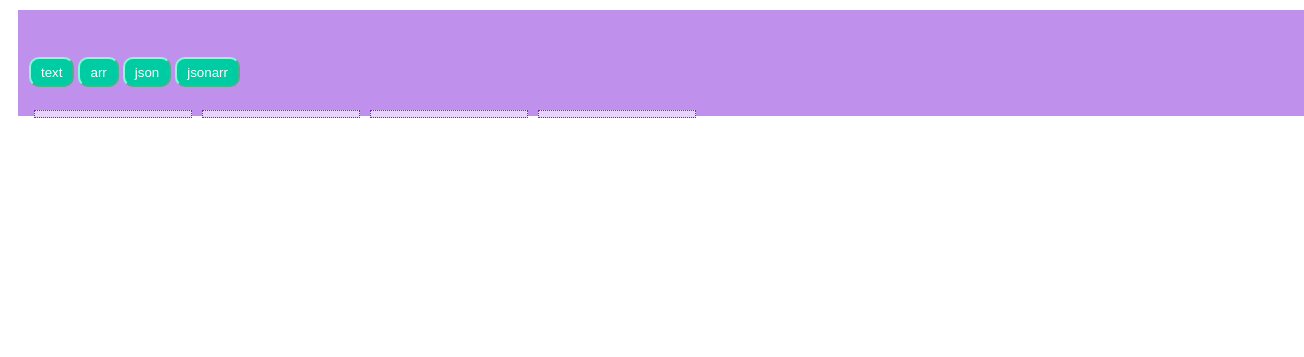
Repository: jinsoo115/jquery
Page: jqpro/WebContent/0202/dataType.html
The author's editor kept a copy of each file at every save. The page is drawn from the files as they stood at one save, then again after the next save.
The browser window is 1280 px wide. The page is 1304 px wide, so the pictures cover 1304 px, including what lies to the right of the window. The pictures show the whole page.

Above is the page before, as saved 2021-02-02 01:11:28.

After the next save:
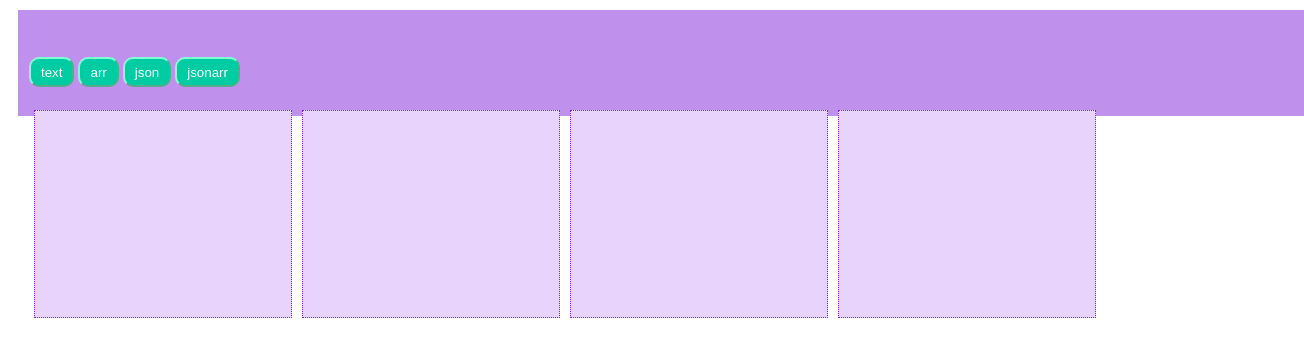
Saved 2 min 36 s later.
--- a/jqpro/WebContent/0202/dataType.html
+++ b/jqpro/WebContent/0202/dataType.html
@@ -11,10 +11,12 @@
         height: 400px;
     }
     .box div{
-        width: 150px;
+        width: 250px;
+        height: 200px;
         margin: 5px;
         padding: 3px;
         float: left;
+        overflow: auto;
     }
 </style>
 
@@ -36,10 +38,75 @@
                     //res = "홍길동/개나리/진달래/무궁화/백일홍/수선화"
                     code = res.split("/");
 
-                    html = "<ul>";
+                    vhtml = "<ul>";
                     $.each(code, function(i) {
-						html += "<li>" + code[i] + "</li>";
+						//html += "<li>" + code[i] + "</li>";
+						vhtml += `<li> ${code[i]} </li>`;
 					})
+					vhtml +="</ul>";
+					$("#result1").html(vhtml)
+
+                }
+            }
+        })
+        $("#arr").on("click",function(){
+            xhr.open("get","arr.jsp",true);
+            xhr.send();
+
+            xhr.onreadystatechange = function(){
+                if(this.readyState == 4 && this.status==200){
+                    res = this.responseText;
+                    // res=["홍길동","수선화","백일홍","무궁화","라일라","벤자민"]
+                    res = JSON.parse(res);
+
+                    code="<ol>";
+                    $.each(res, function(i){
+                        code += "<li>" + res[i] + "</li>";
+                    })
+                    code += "</ol>";
+                    $("#result2").html(code);
+                }
+            }
+        })
+
+        $("#json").on("click",function(){
+            // 응답
+            xhr.onreadystatechange = function(){
+                if(this.readyState == 4 && this.status == 200){
+                    res = JSON.parse(this.responseText);
+
+                    code = `이름 : ${res.name} <br>`;
+                    code += `아이디 : ${res.id} <br>`;
+                    code += `주소 : ${res.addr} <br>`;
+                    code += `전화번호 : ${res.tel} <br>`;
+
+                    $("#result3").html(code);
+                }
+            }
+
+            // 요청
+            xhr.open("get","json.jsp",true);
+            xhr.send();
+        })
+
+        $("#jsonarr").on("click",function(){
+            // 요청
+            xhr.open("get","jsonarr.jsp",true);
+            xhr.send();
+
+            // 응답
+            xhr.onreadystatechange = function(){
+                if(this.readyState == 4 & this.status == 200){
+                    res = JSON.parse(this.responseText);
+                    code = "";
+                    $.each(res, function(i){
+                        code += `${i+1}번째 회원 자료<br>`;
+                        code += `이름 : ${res[i].name} <br>`;
+                        code += `아이디 : ${res[i].id} <br>`;
+                        code += `주소 : ${res[i].addr} <br>`;
+                        code += `전화번호 : ${res[i].tel} <br><br>`;
+                    })
+                    $("#result4").html(code);
 
                 }
             }
